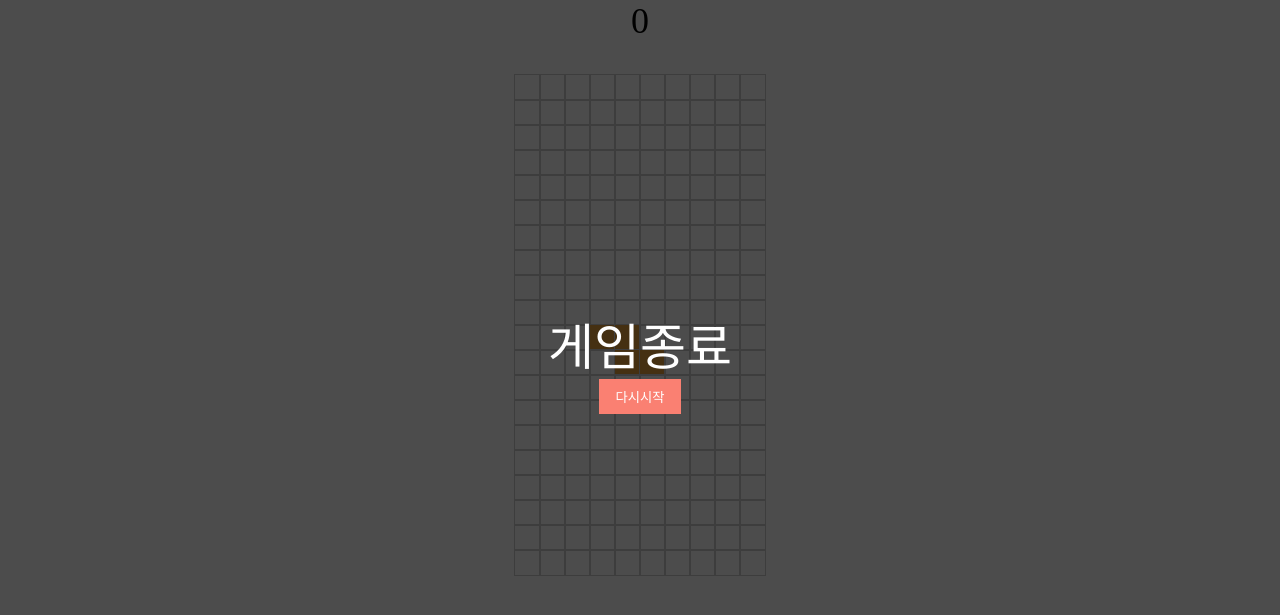
Repository: chlwpdnswku/tetris
Page: index.html
The author's editor kept a copy of each file at every save. The page is drawn from the files as they stood at one save, then again after the next save.
The browser window is 1280 px wide. The pictures show the whole page.

Above is the page before, as saved 2022-12-14 00:20:21.

### index.html
<!DOCTYPE html>
<html lang="en">

<head>
    <meta charset="UTF-8">
    <meta http-equiv="X-UA-Compatible" content="IE=edge">
    <meta name="viewport" content="width=device-width, initial-scale=1.0">
    <link rel="stylesheet" href="style.css">
    <title>Document</title>

</head>

<body>
    <div class="wrapper">
        <div class="game-text">
            <span>게임종료</span>
            <button>다시시작</button>
        </div>
        <div class="score">0</div>
        <div class="playground">
            <!-- ul  -->
            <ul></ul>
        </div>

    </div>

    <!-- import 문을 사용하기위해서 type =module -->
    <script src="script.js" type="module"></script>
</body>

</html>

### style.css
* {
  margin: 0;
  padding: 0;
}
ul {
  list-style: none;
}
body {
  height: 100%;
  overflow: hidden;
}
.game-text {
  display: flex;
  justify-content: center;
  align-items: center;
  flex-direction: column;
  position: fixed;
  width: 100%;
  height: 100%;
  background: rgba(0, 0, 0, 0.7);
  left: 0;
  top: 0;
  color: #fff;
  font-size: 50px;
}
.game-text > button {
  padding: 0.5rem 1rem;
  color: #fff;
  background: salmon;
  border: none;
  cursor: pointer;
}

.score {
  text-align: center;
  font-size: 36px;
  margin-bottom: 2rem;
}
.playground > ul {
  border: 1px solid #333;
  width: 250px;
  margin: 0 auto;
}
.playground > ul > li {
  width: 100%;
  height: 25%;
}

.playground > ul > li > ul {
  display: flex;
}
.playground > ul > li > ul > li {
  width: 25px;
  height: 25px;
  outline: 1px solid #ccc;
}
.tree {
  background: #67c23a;
}

/* 스타일 입력때문에  다른 블록들이 안보이는거였음 */
.bar {
  background: #ff8c69;
}
.square {
  background: #baaad7;
}
.zee {
  background: #e6a23c;
}
.elLeft {
  background: #8e44ad;
}

.elRight {
  background: #16a085;
}

### script.js
import BLOCKS from './js/blocks.js';
// DOM element
const playground = document.querySelector('.playground > ul');
const gameText = document.querySelector('.game-text');
const scoreDisPlay = document.querySelector('.score');

// console.log(playground);

// setting
const GAME_ROWS = 20;
const GAME_COLS = 10;

// variables
let score = 0;
let duration = 500;
let downInterval;
let tempMovingItem;

// 좌료를 바꾸면 모양이 바뀐다.

const movingItem = {
  type: '',
  direction: 3,
  top: 0,
  left: 0,
};

// functions

init();
// 맨처음 시작하는 함수 10개의 20개의 줄을 저장
function init() {
  // object entries 를선언을 해야 사용이된다
  //   console.log(Object.entries(BLOCKS).length);
  //   const blockArray = Object.entries(BLOCKS);
  //   const rendomIndex = Math.floor(Math.random() * blockArray.length);
  //   console.log(blockArray[rendomIndex][0]);

  //   console.log(blockArray);
  //   blockArray.forEach((block) => console.log(block[0]));
  //   console.log(rendomIndex);

  // 값만 가져와서 넣어줌
  tempMovingItem = { ...movingItem };
  //   movingItem.left = 3;
  //   console.log(tempMovingItem);
  for (let i = 0; i < GAME_ROWS; i++) {
    prependNewLine();
  }
  // 하나씩 아래로 내려가는 것을 구현
  generateNewBlock();
}

//
function prependNewLine() {
  const li = document.createElement('li');
  const ul = document.createElement('ul');

  for (let j = 0; j < GAME_COLS; j++) {
    const matrix = document.createElement('li');
    // ul -> li
    ul.prepend(matrix);
  }
  li.prepend(ul);
  playground.prepend(li);
}

// moveType 인자 넘겨받아야됨 보내지않을경우에는 moveType을 초기값을 넣어줌
function renderBlocks(moveType = '') {
  const { type, direction, top, left } = tempMovingItem;
  //   console.log(BLOCKS[type][direction]);

  const movingBlocks = document.querySelectorAll('.moving');

  //   4개의 무빙이 찍힘
  movingBlocks.forEach((moving) => {
    // 이러면 css에의해서 트리 클래스가없는 애들은 빈값이됨
    moving.classList.remove(type, 'moving');
    // console.log(moving);
  });

  // 즉 forEach 문으로 ->some 으로 사용해서 return true 를 써가지고
  // 중간에 빈값이면 랜더링 할 필요가 없어서 some 을 사용해서 원하는 시점에 반복문 중단하고 다시실행 renderblocks()
  BLOCKS[type][direction].some((block) => {
    const x = block[0] + left;
    const y = block[1] + top;
    // console.log({ playground });
    // ul안에 chileNodes ->이 렇게 가는거임 0번은 li임
    // target은 tree 클래스 부여 즉 tree를  class를 줘서 css 를 변경?
    const target = playground.childNodes[y]
      ? playground.childNodes[y].childNodes[0].childNodes[x]
      : null;

    const isAvailable = checkEmpty(target);
    // console.log(target);
    //  가능한 상태이면?
    if (isAvailable) {
      target.classList.add(type, 'moving');
    } else {
      // 원상복구 시키고 재귀함수를 호출할거임 ! 좌표를 원상태로 하고 부르기
      tempMovingItem = { ...movingItem };
      //   이벤트가 전부 실행이되고 스택을 집어넣는용도 무한스텍이 불러주는 용도 막기!
      if (moveType === 'retry') {
        // 인터벌을 멈추고
        clearInterval(downInterval);
        // 게임 텍스트를 보여줌
        showGameoverText();
      }
      setTimeout(() => {
        renderBlocks('retry');
        if (moveType === 'top') {
          seizeBlock();
        }
      }, 0);
      return true;
      //   renderBlocks();
    }
  });
  movingItem.left = left;
  movingItem.top = top;
  movingItem.direction = direction;
  //   console.log(type, direction, top, left);
}

// 밑으로 떨어질 때에 블록 고정 함수 호출

function seizeBlock() {
  // getselector를 써서 오류가 났었음 !
  const movingBlocks = document.querySelectorAll('.moving');
  movingBlocks.forEach((moving) => {
    moving.classList.remove('moving');
    moving.classList.add('seized');
  });
  checkMatch();
  //  generateNewBlock();
}
function checkMatch() {
  // 일단 전체의 차일드 노드를 가져옴 -> ul 에 foreach를 또돌림
  const chileNodes = playground.childNodes;
  chileNodes.forEach((child) => {
    let matched = true;
    child.children[0].childNodes.forEach((li) => {
      // 이클래스가없다고하면 줄이 완성이 안된거임
      if (!li.classList.contains('seized')) {
        matched = false;
      }
    });
    if (matched) {
      child.remove();
      // 이게 바로 없어지는 순간 바로 한줄이 생기는 구조임
      prependNewLine();
    }
  });
  generateNewBlock();
}
// 새로운 블럭이 생기는 것
// 타입도 바꿔주기
function generateNewBlock() {
  // 위로가는 모양을 1씩 증가시킴 즉 하나씩 내려가는 테트리스틀 표현
  clearInterval(downInterval);
  downInterval = setInterval(() => {
    moveBlock('top', 1);
  }, duration);

  const blockArray = Object.entries(BLOCKS);
  const rendomIndex = Math.floor(Math.random() * blockArray.length);
  console.log(blockArray[rendomIndex][0]);
  //랜덤 인덱스 생성 타입을 랜덤한 번호로 설정을 한다
  movingItem.type = blockArray[rendomIndex][0];
  movingItem.top = 0;
  //   중간 지역으로 보내기 !
  movingItem.left = 3;
  movingItem.direction = 0;
  tempMovingItem = { ...movingItem };
  renderBlocks();
}

function checkEmpty(target) {
  if (!target || target.classList.contains('seized')) {
    return false;
  }
  return true;
}

// 인자들을 받고 moveBlock일때에만 renderBlocks 를 해주고
function moveBlock(moveType, amount) {
  // left를 바꿔줌 이게 증가함에 따라 움직임 하지만 색칠이됨 이동하고
  // 남은 클래스 부분들을삭제를해야됨
  tempMovingItem[moveType] += amount;
  renderBlocks(moveType);
}

function checkDirection() {
  const direction = tempMovingItem.direction;
  direction === 3
    ? (tempMovingItem.direction = 0)
    : (tempMovingItem.direction += 1);
  renderBlocks();
}

function dropBlock() {
  // 현재 돌아가고 있는 인터벌을 끄고 빠른속도로 블록을 내림
  clearInterval(downInterval);
  downInterval = setInterval(() => {
    moveBlock('top', 1);
  }, 10);
}

function showGameoverText() {
  gameText.style.display = 'flex';
}

// 이벤트 핸들링 키를 움직이면 이벤트 객체가 생김 keyCode를 이용해서 각각의 함수를 실행을 시킬거임
document.addEventListener('keydown', (e) => {
  switch (e.keyCode) {
    case 39:
      moveBlock('left', 1);
      break;
    case 37:
      moveBlock('left', -1);
      break;
    case 38:
      checkDirection();
      break;
    case 40:
      moveBlock('top', 1);
      break;

    case 32:
      dropBlock();
      break;
    default:
      break;
  }
  //   console.log(e);
});

// direction keycode and 방향키 키코드
// https://stackoverflow.com/questions/5597060/detecting-arrow-key-presses-in-javascript
//  아래 밑에를 벗어나거나 엘리먼트를 넘어갈때 ? 에러처리 를 해줌
// childNodes[y]가 넘어갈때 target변수가 없을경우 처리해주는 방법

### js/blocks.js
const BLOCKS = {
  tree: [
    [
      [1, 0],
      [0, 1],
      [1, 1],
      [2, 1],
    ],
    [
      [1, 0],
      [0, 1],
      [1, 1],
      [1, 2],
    ],
    [
      [2, 1],
      [0, 1],
      [1, 1],
      [1, 2],
    ],
    [
      [2, 1],
      [1, 2],
      [1, 1],
      [1, 0],
    ],
  ],

  square: [
    [
      [0, 0],
      [0, 1],
      [1, 0],
      [1, 1],
    ],
    [
      [0, 0],
      [0, 1],
      [1, 0],
      [1, 1],
    ],
    [
      [0, 0],
      [0, 1],
      [1, 0],
      [1, 1],
    ],
    [
      [0, 0],
      [0, 1],
      [1, 0],
      [1, 1],
    ],
  ],
  bar: [
    [
      [1, 0],
      [2, 0],
      [3, 0],
      [4, 0],
    ],
    [
      [2, -1],
      [2, 0],
      [2, 1],
      [2, 2],
    ],
    [
      [1, 0],
      [2, 0],
      [3, 0],
      [4, 0],
    ],
    [
      [2, -1],
      [2, 0],
      [2, 1],
      [2, 2],
    ],
  ],

  zee: [
    [
      [0, 0],
      [1, 0],
      [1, 1],
      [2, 1],
    ],
    [
      [0, 1],
      [1, 0],
      [1, 2],
      [0, 2],
    ],
    [
      [0, 1],
      [1, 1],
      [1, 2],
      [2, 2],
    ],
    [
      [2, 0],
      [2, 1],
      [1, 1],
      [1, 2],
    ],
  ],

  elLeft: [
    [
      [0, 0],
      [0, 1],
      [1, 1],
      [2, 1],
    ],
    [
      [1, 0],
      [1, 1],
      [1, 2],
      [0, 2],
    ],
    [
      [0, 1],
      [1, 1],
      [2, 1],
      [2, 2],
    ],
    [
      [1, 0],
      [2, 0],
      [1, 1],
      [1, 2],
    ],
  ],

  elRight: [
    [
      [1, 0],
      [2, 0],
      [1, 1],
      [1, 2],
    ],
    [
      [0, 0],
      [0, 1],
      [1, 1],
      [2, 1],
    ],
    [
      [0, 2],
      [1, 0],
      [1, 1],
      [1, 2],
    ],
    [
      [0, 1],
      [1, 1],
      [2, 1],
      [2, 2],
    ],
  ],
};

export default BLOCKS;

After the next save:
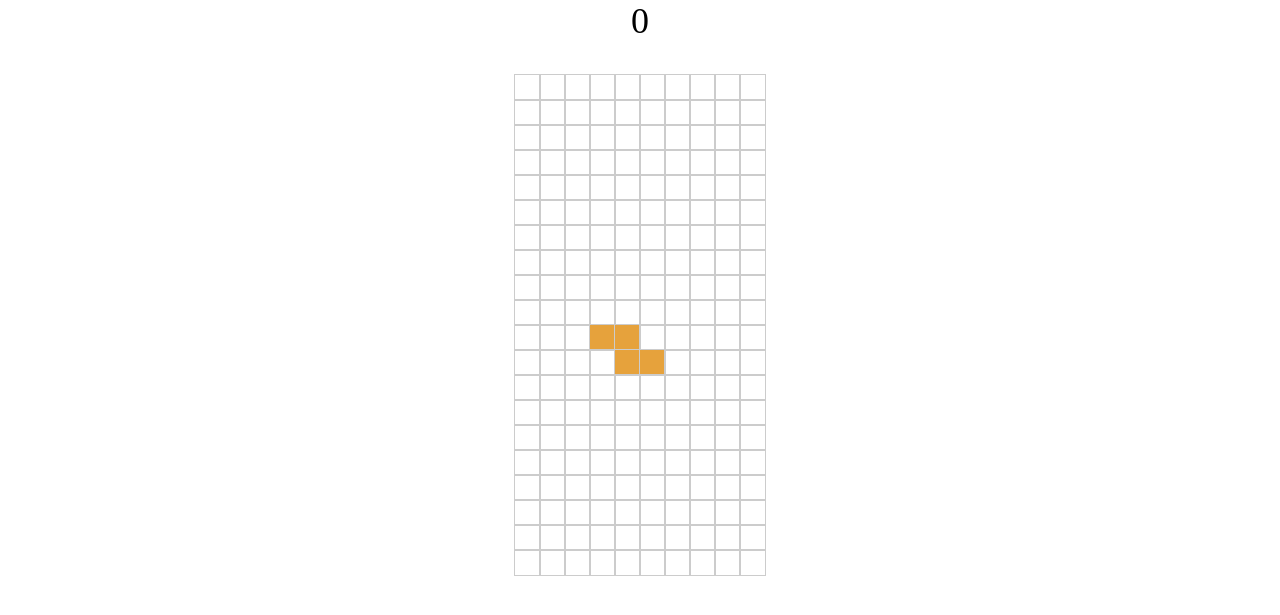
Saved 9 s later.
--- a/style.css
+++ b/style.css
@@ -10,7 +10,7 @@ body {
   overflow: hidden;
 }
 .game-text {
-  display: flex;
+  display: none;
   justify-content: center;
   align-items: center;
   flex-direction: column;
